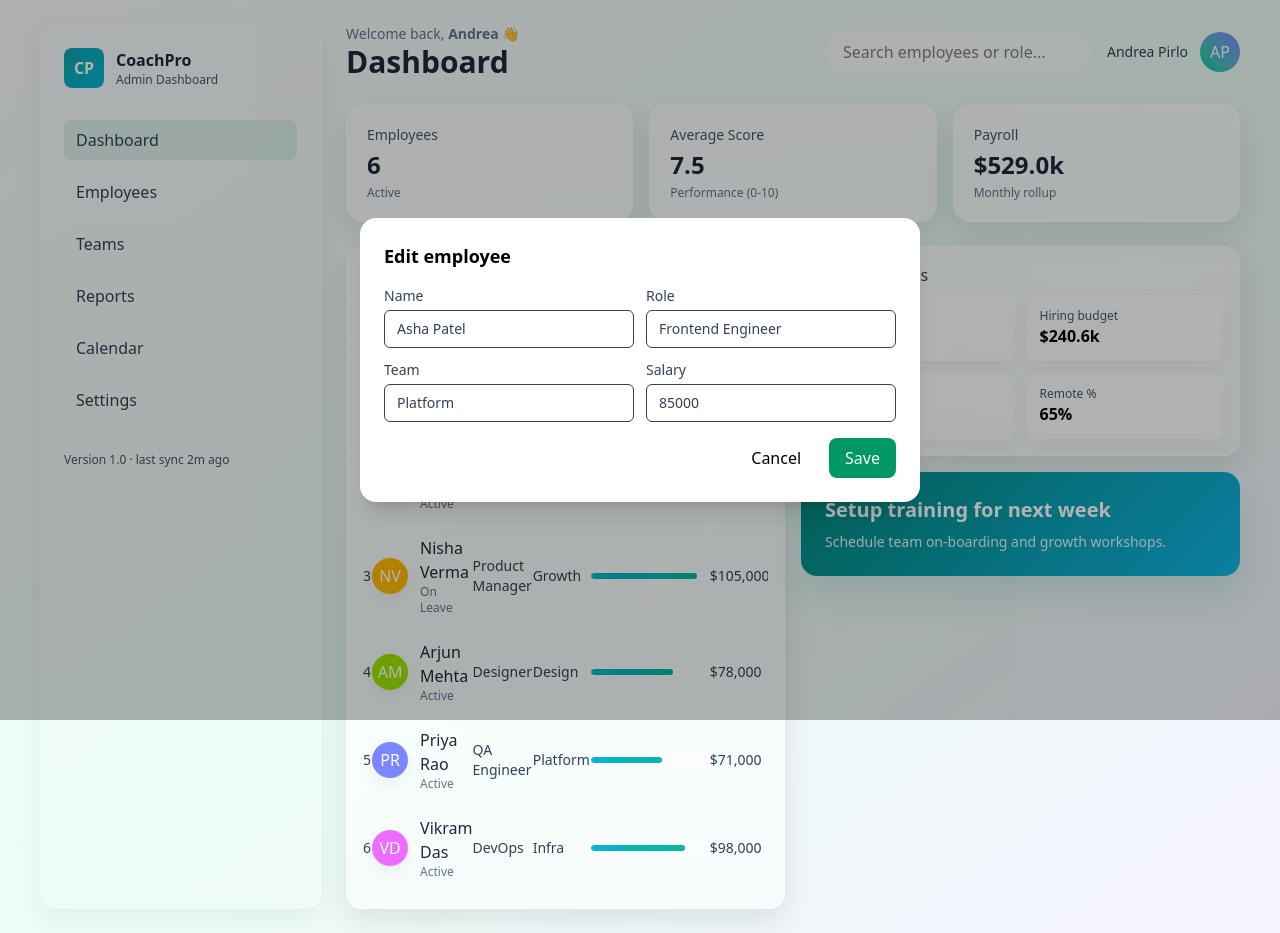
Repository: Khushichugh14/crm-dashboard
Page: /, after clicking the first element matching `button.py-1`
The author's editor kept a copy of each file at every save. The page is drawn from the files as they stood at one save, then again after the next save.
The browser window is 1280 px wide. The pictures show the whole page.
The project was rebuilt for these pictures with package versions that can differ from the ones it lists, and the page was loaded fresh each time. Also part of the build but not shown: vite.config.ts.

Above is the page before, as saved 2025-12-11 17:56:18.

### src/main.tsx
import { createRoot } from 'react-dom/client'
import './index.css'
import App from './App.tsx'
import React from 'react'

createRoot(document.getElementById('root')!).render(
  <React.StrictMode>
    <App />
  </React.StrictMode>,
)

### src/index.css
@import "tailwindcss";

body {
  @apply bg-gradient-to-br from-slate-50 via-emerald-50 to-violet-50;
  font-family: Inter, ui-sans-serif, system-ui, -apple-system, "Segoe UI", Roboto, "Helvetica Neue", Arial;
}

### src/App.tsx
import React from "react";
import Dashboard from "./pages/Dashboard";

function App() {
  return <Dashboard/>;
}

export default App;

### src/pages/Dashboard.tsx
import React, { useMemo, useState } from "react";
import Sidebar from "../components/Sidebar";
import Header from "../components/Header";
import StatCard from "../components/StatCard";
import MiniCard from "../components/MiniCard";
import EmployeeTable from "../components/EmployeeTable";
import EditModal from "../components/EditModal";
import { sampleEmployees } from "../data/sampleEmployees";
import type { Employee } from "../types/employee";

/** Inline theme tokens (used by components) */
export const THEME = {
  cardBg: "linear-gradient(180deg, rgba(255,255,255,0.66), rgba(255,255,255,0.52))",
  panelBg: "linear-gradient(180deg, rgba(250,250,250,0.68), rgba(245,251,250,0.48))",
  cardBorder: "rgba(255,255,255,0.65)",
  glassShadow: "0 12px 30px rgba(14,30,37,0.10)",
  cardRadius: 18,
};

export default function Dashboard() {
  const [employees, setEmployees] = useState<Employee[]>(sampleEmployees);
  const [query, setQuery] = useState("");
  const [editing, setEditing] = useState<Employee | null>(null);

  const totalSalary = useMemo(() => employees.reduce((s, e) => s + e.salary, 0), [employees]);
  const avgPerf = useMemo(() => (employees.reduce((s, e) => s + e.performance, 0) / employees.length).toFixed(1), [employees]);

  const filtered = employees.filter(e =>
    e.name.toLowerCase().includes(query.toLowerCase()) ||
    e.role.toLowerCase().includes(query.toLowerCase())
  );

  function onSave(emp: Employee) {
    setEmployees(prev => prev.map(p => (p.id === emp.id ? emp : p)));
    setEditing(null);
  }

  function onDelete(id: string) {
    setEmployees(prev => prev.filter(p => p.id !== id));
  }

  return (
    <div className="min-h-screen p-6 bg-gradient-to-br from-slate-50 via-emerald-50 to-violet-50 font-sans">
      <div className="max-w-[1200px] mx-auto grid grid-cols-12 gap-6">
        <aside className="col-span-3">
          <Sidebar theme={THEME} />
        </aside>

        <main className="col-span-9">
          <Header query={query} setQuery={setQuery} theme={THEME} />
          <section className="grid grid-cols-3 gap-4 my-6">
            <StatCard title="Employees" value={String(employees.length)} subtitle="Active" theme={THEME} />
            <StatCard title="Average Score" value={avgPerf} subtitle="Performance (0-10)" theme={THEME} />
            <StatCard title="Payroll" value={`$${(totalSalary/1000).toFixed(1)}k`} subtitle="Monthly rollup" theme={THEME} />
          </section>

          <section className="grid grid-cols-2 gap-4">
            <div
              className="rounded-2xl p-4"
              style={{
                background: THEME.cardBg,
                border: `1px solid ${THEME.cardBorder}`,
                boxShadow: THEME.glassShadow,
              }}
            >
              <div className="flex items-center justify-between mb-4">
                <h2 className="font-semibold text-slate-800">Employee Directory</h2>
              </div>
              <div className="overflow-auto">
                <EmployeeTable employees={filtered} onEdit={setEditing} onDelete={onDelete} theme={THEME} />
              </div>
            </div>

            <div className="space-y-4">
              <div
                className="rounded-2xl p-4"
                style={{
                  background: THEME.cardBg,
                  border: `1px solid ${THEME.cardBorder}`,
                  boxShadow: THEME.glassShadow,
                }}
              >
                <h3 className="font-medium text-slate-700 mb-2">Team statistics</h3>
                <div className="grid grid-cols-2 gap-3">
                  <MiniCard label="Open positions" value="6" theme={THEME} />
                  <MiniCard label="Hiring budget" value="$240.6k" theme={THEME} />
                  <MiniCard label="Avg tenure" value="3.2 yrs" theme={THEME} />
                  <MiniCard label="Remote %" value="65%" theme={THEME} />
                </div>
              </div>

              <div
                className="rounded-2xl p-6 text-white"
                style={{
                  background: "linear-gradient(135deg,#02897a,#0fb6e6)",
                  boxShadow: "0 18px 36px rgba(2,137,122,0.14)",
                }}
              >
                <h3 className="font-bold text-xl">Setup training for next week</h3>
                <p className="mt-2 text-sm opacity-90">Schedule team on-boarding and growth workshops.</p>
              </div>
            </div>
          </section>
        </main>
      </div>

      {editing && <EditModal employee={editing} onClose={() => setEditing(null)} onSave={onSave} theme={THEME} />}
    </div>
  );
}

### src/components/Sidebar.tsx
import React from "react";
import type { THEME as TTYPE } from "../pages/Dashboard";
type Theme = any;

export default function Sidebar({ theme }: { theme: Theme }) {
  return (
    <div
      className="h-full rounded-2xl p-6"
      style={{
        background: "linear-gradient(180deg, rgba(255,255,255,0.18), rgba(255,255,255,0.12))",
        borderRight: "1px solid rgba(255,255,255,0.22)",
        boxShadow: "0 8px 24px rgba(14,30,37,0.06)",
      }}
    >
      <div className="flex items-center gap-3 mb-8">
        <div className="h-10 w-10 rounded-lg flex items-center justify-center text-white font-bold"
             style={{ background: "linear-gradient(135deg,#0ea5a9,#06b6d4)" }}>
          CP
        </div>
        <div>
          <div className="text-slate-800 font-semibold">CoachPro</div>
          <div className="text-xs text-slate-600">Admin Dashboard</div>
        </div>
      </div>

      <nav className="flex flex-col gap-3">
        {["Dashboard", "Employees", "Teams", "Reports", "Calendar", "Settings"].map(it => (
          <button key={it}
            className={`text-left py-2 px-3 rounded-lg transition-all duration-150 text-slate-700 hover:bg-white/10 ${it === "Dashboard" ? "bg-emerald-600/10 text-emerald-700" : ""}`}>
            {it}
          </button>
        ))}
      </nav>

      <div className="mt-8 text-xs text-slate-600">Version 1.0 · last sync 2m ago</div>
    </div>
  );
}

### src/components/Header.tsx
import React from "react";
type Theme = any;

export default function Header({ query, setQuery, theme }: { query: string; setQuery: (v: string) => void; theme: Theme; }) {
  return (
    <header className="flex items-center justify-between mb-6">
      <div>
        <div className="text-slate-500 text-sm">Welcome back, <span className="font-semibold">Andrea</span> 👋</div>
        <h1 className="text-3xl font-extrabold text-slate-800">Dashboard</h1>
      </div>

      <div className="flex items-center gap-4">
        <input
          value={query}
          onChange={(e) => setQuery(e.target.value)}
          placeholder="Search employees or role..."
          className="px-4 py-2 rounded-full border border-white/40 bg-white/60 backdrop-blur-sm"
          style={{ outline: "none" }}
        />
        <div className="flex items-center gap-3">
          <div className="text-sm text-slate-700">Andrea Pirlo</div>
          <div className="h-10 w-10 rounded-full bg-gradient-to-tr from-emerald-400 to-indigo-400 text-white flex items-center justify-center">AP</div>
        </div>
      </div>
    </header>
  );
}

### src/components/StatCard.tsx
import React from "react";
type Theme = any;

export default function StatCard({ title, value, subtitle, theme }: { title: string; value: string; subtitle?: string; theme: Theme; }) {
  return (
    <div
      className="rounded-2xl p-5"
      style={{
        background: theme.cardBg,
        border: `1px solid ${theme.cardBorder}`,
        borderRadius: theme.cardRadius,
        boxShadow: theme.glassShadow,
      }}
    >
      <div className="text-sm text-slate-600">{title}</div>
      <div className="text-2xl font-bold text-slate-800 mt-1">{value}</div>
      {subtitle && <div className="text-xs text-slate-500 mt-1">{subtitle}</div>}
    </div>
  );
}

### src/components/MiniCard.tsx
import React from "react";
type Theme = any;

export default function MiniCard({ label, value, theme }: { label: string; value: string; theme: Theme; }) {
  return (
    <div
      className="rounded-lg p-3"
      style={{
        background: "linear-gradient(180deg, rgba(255,255,255,0.60), rgba(255,255,255,0.48))",
        border: `1px solid rgba(255,255,255,0.6)`,
        boxShadow: "0 8px 20px rgba(14,30,37,0.05)",
      }}
    >
      <div className="text-xs text-slate-600">{label}</div>
      <div className="font-semibold">{value}</div>
    </div>
  );
}

### src/components/EmployeeTable.tsx
import React from "react";
import type { Employee } from "../types/employee";
type Theme = any;

export default function EmployeeTable({ employees, onEdit, onDelete, theme }:
  { employees: Employee[]; onEdit: (e: Employee) => void; onDelete: (id: string) => void; theme: Theme; }) {

  return (
    <div className="table-root">
      <table className="w-full text-left">
        <thead>
          <tr className="text-sm text-slate-600" style={{ borderBottom: "1px solid rgba(14,30,37,0.04)" }}>
            <th className="py-3">#</th>
            <th>Name</th>
            <th>Role</th>
            <th>Team</th>
            <th>Perf</th>
            <th>Salary</th>
            <th className="text-right">Actions</th>
          </tr>
        </thead>
        <tbody>
          {employees.map((e, i) => (
            <tr key={e.id} className="odd:bg-white/10 even:bg-transparent">
              <td className="py-3 text-sm text-slate-700">{i + 1}</td>

              <td className="py-3 flex items-center gap-3">
                <div
                  className="h-9 w-9 rounded-full flex items-center justify-center text-white font-medium"
                  style={{
                    background: (e.avatarColor ? undefined : "#94a3b8"),
                    boxShadow: "0 6px 16px rgba(14,30,37,0.06)",
                  }}
                >
                  <div className={`${e.avatarColor ?? "bg-slate-400"} h-9 w-9 rounded-full flex items-center justify-center text-white font-medium`}>
                    {e.name.split(" ").map(n => n[0]).slice(0, 2).join("")}
                  </div>
                </div>

                <div>
                  <div className="font-medium text-slate-800">{e.name}</div>
                  <div className="text-xs text-slate-500">{e.status}</div>
                </div>
              </td>

              <td className="py-3 text-sm text-slate-700">{e.role}</td>
              <td className="py-3 text-sm text-slate-700">{e.team}</td>
              <td className="py-3 text-sm">
                <div style={{
                  width: 120,
                  height: 8,
                  background: "rgba(255,255,255,0.45)",
                  borderRadius: 999,
                  overflow: "hidden",
                  border: "1px solid rgba(255,255,255,0.35)"
                }}>
                  <div style={{
                    width: `${(e.performance / 10) * 100}%`,
                    height: "100%",
                    background: "linear-gradient(90deg,#06b6d4,#06b6a4)",
                    borderRadius: 999
                  }} />
                </div>
              </td>

              <td className="py-3 text-sm text-slate-700">${e.salary.toLocaleString()}</td>
              <td className="py-3 text-right">
                <div className="inline-flex gap-2">
                  <button onClick={() => onEdit(e)} className="px-3 py-1 rounded-lg bg-white/20">Edit</button>
                  <button onClick={() => onDelete(e.id)} className="px-3 py-1 rounded-lg" style={{ background: "rgba(255,0,64,0.06)", color: "#9f1239" }}>Delete</button>
                </div>
              </td>
            </tr>
          ))}
        </tbody>
      </table>

      {employees.length === 0 && <div className="p-4 text-sm text-slate-600">No employees found.</div>}
    </div>
  );
}

### src/components/EditModal.tsx
import React, { useState } from "react";
import type { Employee } from "../types/employee";

export default function EditModal({ employee, onClose, onSave }:{ employee: Employee; onClose: ()=>void; onSave: (e: Employee)=>void }) {
  const [form, setForm] = useState<Employee>({ ...employee });

  return (
    <div className="fixed inset-0 flex items-center justify-center z-50">
      <div className="absolute inset-0 bg-black/30" onClick={onClose} />
      <div className="relative bg-white rounded-2xl shadow-xl p-6 w-[560px]">
        <h3 className="text-lg font-semibold mb-4">Edit employee</h3>

        <div className="grid grid-cols-2 gap-3">
          <label className="text-sm text-slate-700">Name
            <input value={form.name} onChange={(e)=>setForm({...form, name: e.target.value})} className="mt-1 w-full rounded-md border px-3 py-2" />
          </label>

          <label className="text-sm text-slate-700">Role
            <input value={form.role} onChange={(e)=>setForm({...form, role: e.target.value})} className="mt-1 w-full rounded-md border px-3 py-2" />
          </label>

          <label className="text-sm text-slate-700">Team
            <input value={form.team} onChange={(e)=>setForm({...form, team: e.target.value})} className="mt-1 w-full rounded-md border px-3 py-2" />
          </label>

          <label className="text-sm text-slate-700">Salary
            <input type="number" value={form.salary} onChange={(e)=>setForm({...form, salary: Number(e.target.value)})} className="mt-1 w-full rounded-md border px-3 py-2" />
          </label>
        </div>

        <div className="mt-4 flex justify-end gap-3">
          <button onClick={onClose} className="px-4 py-2 rounded-lg bg-white/50">Cancel</button>
          <button onClick={()=>onSave(form)} className="px-4 py-2 rounded-lg bg-emerald-600 text-white">Save</button>
        </div>
      </div>
    </div>
  );
}

### src/data/sampleEmployees.ts
import type { Employee } from "../types/employee";

export const sampleEmployees: Employee[] = [
  { id: "e1", name: "Asha Patel", role: "Frontend Engineer", team: "Platform", avatarColor: "bg-rose-400", salary: 85000, performance: 8, status: "Active" },
  { id: "e2", name: "Rohan Singh", role: "Backend Engineer", team: "API", avatarColor: "bg-cyan-400", salary: 92000, performance: 7, status: "Active" },
  { id: "e3", name: "Nisha Verma", role: "Product Manager", team: "Growth", avatarColor: "bg-amber-400", salary: 105000, performance: 9, status: "On Leave" },
  { id: "e4", name: "Arjun Mehta", role: "Designer", team: "Design", avatarColor: "bg-lime-400", salary: 78000, performance: 7, status: "Active" },
  { id: "e5", name: "Priya Rao", role: "QA Engineer", team: "Platform", avatarColor: "bg-indigo-400", salary: 71000, performance: 6, status: "Active" },
  { id: "e6", name: "Vikram Das", role: "DevOps", team: "Infra", avatarColor: "bg-fuchsia-400", salary: 98000, performance: 8, status: "Active" },
];

After the next save:
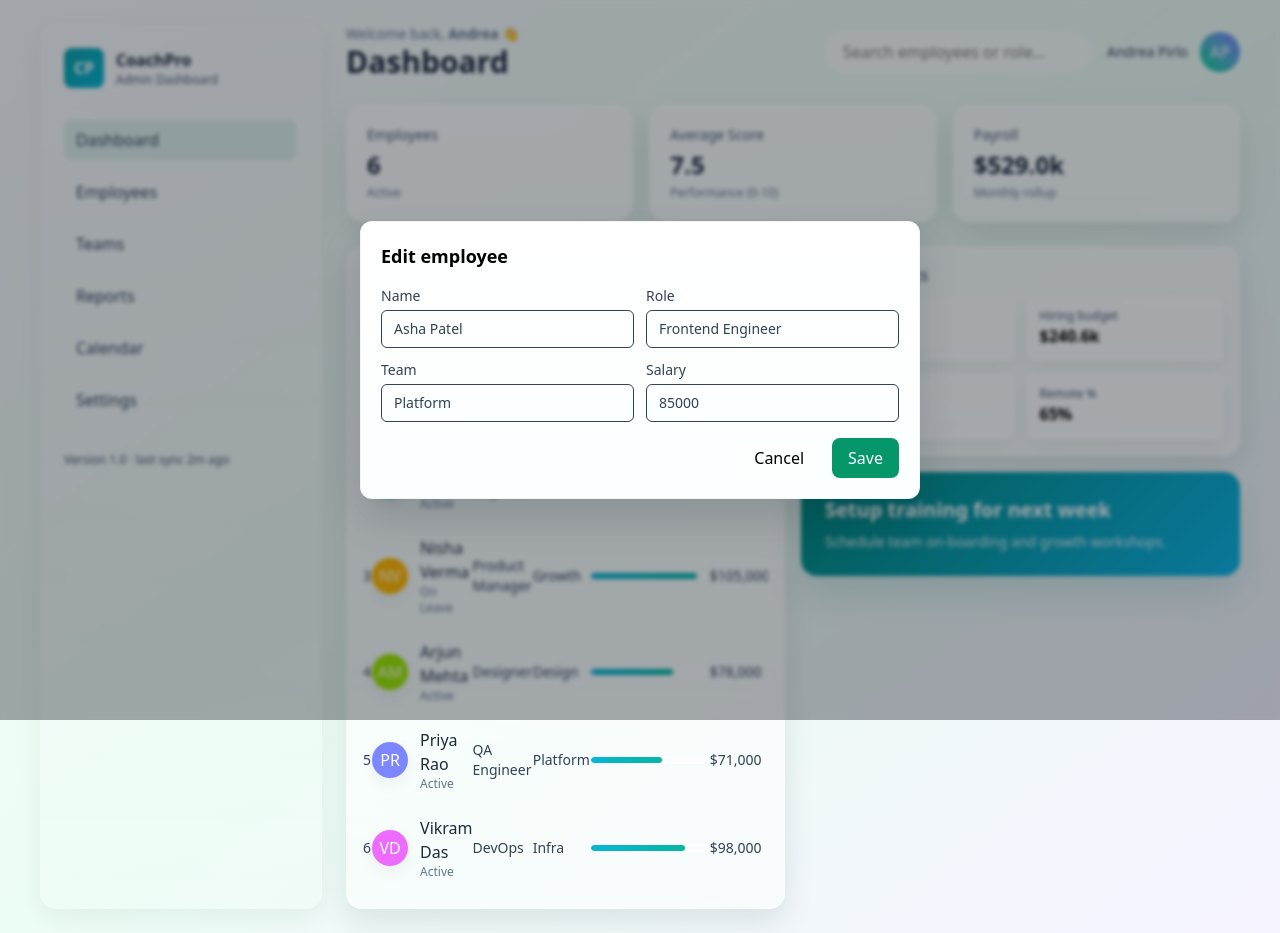
Saved 9 s later.
--- a/src/components/EditModal.tsx
+++ b/src/components/EditModal.tsx
@@ -1,36 +1,45 @@
 import React, { useState } from "react";
 import type { Employee } from "../types/employee";
+type Theme = any;
 
-export default function EditModal({ employee, onClose, onSave }:{ employee: Employee; onClose: ()=>void; onSave: (e: Employee)=>void }) {
+export default function EditModal({ employee, onClose, onSave, theme }:
+  { employee: Employee; onClose: () => void; onSave: (e: Employee) => void; theme: Theme; }) {
   const [form, setForm] = useState<Employee>({ ...employee });
 
   return (
-    <div className="fixed inset-0 flex items-center justify-center z-50">
-      <div className="absolute inset-0 bg-black/30" onClick={onClose} />
-      <div className="relative bg-white rounded-2xl shadow-xl p-6 w-[560px]">
+    <div className="fixed inset-0 z-50 flex items-center justify-center">
+      <div className="absolute inset-0" style={{ background: "rgba(3,7,18,0.35)", backdropFilter: "blur(2px)" }} onClick={onClose} />
+      <div className="relative" style={{
+        width: 560,
+        borderRadius: 12,
+        padding: 20,
+        background: "linear-gradient(180deg, #ffffff, #fbffff)",
+        boxShadow: "0 20px 40px rgba(7,18,30,0.14)",
+        border: "1px solid rgba(0,0,0,0.04)"
+      }}>
         <h3 className="text-lg font-semibold mb-4">Edit employee</h3>
 
         <div className="grid grid-cols-2 gap-3">
           <label className="text-sm text-slate-700">Name
-            <input value={form.name} onChange={(e)=>setForm({...form, name: e.target.value})} className="mt-1 w-full rounded-md border px-3 py-2" />
+            <input value={form.name} onChange={(e) => setForm({ ...form, name: e.target.value })} className="mt-1 w-full rounded-md border px-3 py-2" />
           </label>
 
           <label className="text-sm text-slate-700">Role
-            <input value={form.role} onChange={(e)=>setForm({...form, role: e.target.value})} className="mt-1 w-full rounded-md border px-3 py-2" />
+            <input value={form.role} onChange={(e) => setForm({ ...form, role: e.target.value })} className="mt-1 w-full rounded-md border px-3 py-2" />
           </label>
 
           <label className="text-sm text-slate-700">Team
-            <input value={form.team} onChange={(e)=>setForm({...form, team: e.target.value})} className="mt-1 w-full rounded-md border px-3 py-2" />
+            <input value={form.team} onChange={(e) => setForm({ ...form, team: e.target.value })} className="mt-1 w-full rounded-md border px-3 py-2" />
           </label>
 
           <label className="text-sm text-slate-700">Salary
-            <input type="number" value={form.salary} onChange={(e)=>setForm({...form, salary: Number(e.target.value)})} className="mt-1 w-full rounded-md border px-3 py-2" />
+            <input type="number" value={form.salary} onChange={(e) => setForm({ ...form, salary: Number(e.target.value) })} className="mt-1 w-full rounded-md border px-3 py-2" />
           </label>
         </div>
 
         <div className="mt-4 flex justify-end gap-3">
           <button onClick={onClose} className="px-4 py-2 rounded-lg bg-white/50">Cancel</button>
-          <button onClick={()=>onSave(form)} className="px-4 py-2 rounded-lg bg-emerald-600 text-white">Save</button>
+          <button onClick={() => onSave(form)} className="px-4 py-2 rounded-lg" style={{ background: "#059669", color: "white" }}>Save</button>
         </div>
       </div>
     </div>
